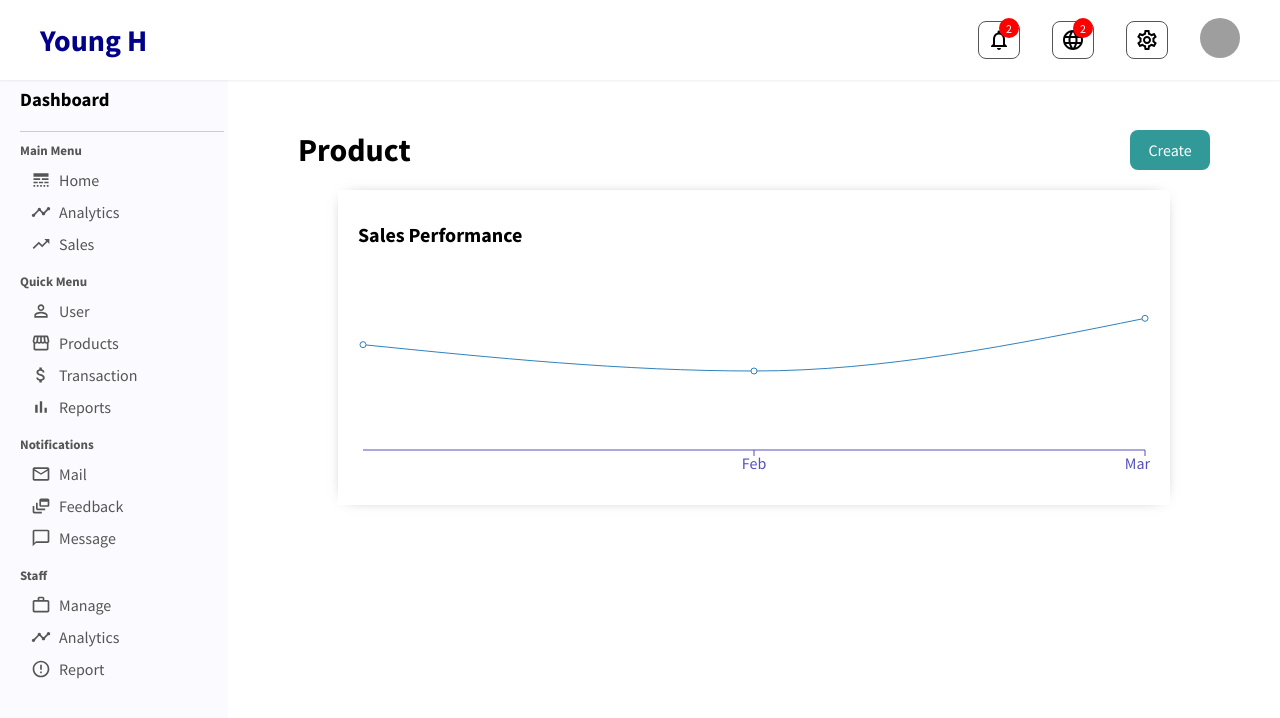
Repository: noname20011/admin
Page: /product/1
These files come from the project's save history. The page is drawn as it stood at one moment and after the next save; the edit follows.
The browser window is 1280 px wide. The pictures show the whole page.
Pictures or frames that could not be fetched are drawn as grey boxes. The project was rebuilt for these pictures with package versions that can differ from the ones it lists, and the page was loaded fresh each time. Also part of the build but not shown: src/pages/home/home.css, src/comopnents/featureInfo/feature.css, src/comopnents/featureInfo/Feature.jsx, src/comopnents/widgetSm/widgetSm.css, src/comopnents/widgetSm/WidgetSm.jsx, src/comopnents/widgetLg/widgetLg.css, src/comopnents/widgetLg/WidgetLg.jsx, src/pages/home/Home.jsx and 10 more.

Above is the page before, as saved 2021-11-14 16:25:55.

### public/index.html
<!DOCTYPE html>
<html lang="en">
  <head>
    <meta charset="utf-8" />
    <meta name="viewport" content="width=device-width, initial-scale=1" />
    <meta name="theme-color" content="#000000" />
    <meta
      name="description"
      content="Web site created using create-react-app"
    />
    <!-- GOOGLE FONTS -->
    <link href="https://fonts.googleapis.com/css2?family=Source+Sans+Pro:wght@200;300;400;600;700;900&display=swap" rel="stylesheet">
    <style>
      * {
        font-family: 'Source Sans Pro', sans-serif;
        padding: 0;
        margin: 0;
      }
    </style>
    <title>React Admin App</title>
  </head>
  <body>
    <div id="root"></div>
  </body>
</html>

### src/App.js
import Topbar from "./comopnents/topbar/Topbar";
import Sidebar from "./comopnents/sidebar/Sidebar";
import Home from "./pages/home/Home.jsx"
import UserList from "./pages/userList/UserList";
import User from "./pages/user/User";
import NewUser from "./pages/newUser/NewUser";
import ProductList from "./pages/productList/ProductList";
import Product from "./pages/product/Product";
import NewProduct from "./pages/newProduct/NewProduct";
import './app.css'

import {BrowserRouter as Router, Routes , Route} from "react-router-dom"
function App() {
  return (
    <div>
      <Router>
        <Topbar/>
        <div className="container">
          <Sidebar/>
          <Routes >
            <Route path="/" exact element={<Home/>}/>
            <Route path="/users" exact element={<UserList/>}/>
            <Route path="/user/:userId" exact element={<User/>}/>
            <Route path="/register" exact element={<NewUser/>}/>
            <Route path="/products" exact element={<ProductList/>}/>
            <Route path="/product/:id" exact element={<Product/>}/>
            <Route path="/addproduct/" exact element={<NewProduct/>}/>
          </Routes>
        </div>
      </Router>
    </div>
  );
}

export default App;

### src/comopnents/topbar/Topbar.jsx
import React from 'react'
import './topbar.css'

import { Language, NotificationsNone, SettingsOutlined  } from '@material-ui/icons'

export default function Topbar() {
    return (
        <div className="topbar">
            <div className="topbarWrapper">
                <div className="topLeft">
                    <div className="logo">Young H</div>
                </div>
                <div className="topRight">
                    <div className="topbarIconContainer">
                        <NotificationsNone/>
                        <div className="topIconsBadge">2</div>
                    </div>
                    <div className="topbarIconContainer">
                        <Language/>
                        <div className="topIconsBadge">2</div>
                    </div>
                    <div className="topbarIconContainer">
                        <SettingsOutlined/>
                    </div>
                    <div>
                        <img src="https://images.pexels.com/photos/1526814/pexels-photo-1526814.jpeg?auto=compress&cs=tinysrgb&dpr=2&w=500" alt="admin" className="topAvatar"/>
                    </div>
                </div>
            </div>
        </div>
    )
}

### src/comopnents/sidebar/Sidebar.jsx
import { AttachMoney, BarChart, ChatBubbleOutline, DynamicFeed, ErrorOutline, LineStyle, MailOutlined, PersonOutline, Storefront, Timeline, TrendingUp,  WorkOutlineOutlined } from '@material-ui/icons'
import React from 'react'
import { Link } from 'react-router-dom'
import "./sidebar.css"
export default function Sidebar() {
    return (
        <div className="sidebar">
            <div className="sidebarWrapper">
                <h3 className="sidebarTitle">Dashboard</h3>
                <div className="sidebarMenu">
                    <h4 className="sidebarMenuTitle">Main Menu</h4>
                    <ul className="sidebarLists">
                        <Link to="/">
                            <li className="sidebarListItem">
                                <LineStyle className="sidebarIcon"/>
                                Home
                            </li>
                        </Link>
                        <li className="sidebarListItem">
                            <Timeline className="sidebarIcon"/>
                            Analytics
                        </li>
                        <li className="sidebarListItem">
                            <TrendingUp className="sidebarIcon"/>
                            Sales
                        </li>
                    </ul>
                </div>
                <div className="sidebarMenu">
                    <h4 className="sidebarMenuTitle">Quick Menu</h4>
                    <ul className="sidebarLists">
                        <Link to="/users">
                            <li className="sidebarListItem">
                                <PersonOutline className="sidebarIcon"/>
                                User
                            </li>
                        </Link>
                        <Link to="/products">
                            <li className="sidebarListItem">
                                <Storefront className="sidebarIcon"/>
                                Products
                            </li>
                        </Link>
                        <li className="sidebarListItem">
                            <AttachMoney className="sidebarIcon"/>
                            Transaction
                        </li>
                        <li className="sidebarListItem">
                            <BarChart className="sidebarIcon"/>
                            Reports
                        </li>
                    </ul>
                </div>
                <div className="sidebarMenu">
                    <h4 className="sidebarMenuTitle">Notifications</h4>
                    <ul className="sidebarLists">
                        <li className="sidebarListItem">
                            <MailOutlined className="sidebarIcon"/>
                            Mail
                        </li>
                        <li className="sidebarListItem">
                            <DynamicFeed className="sidebarIcon"/>
                            Feedback
                        </li>
                        <li className="sidebarListItem">
                            <ChatBubbleOutline className="sidebarIcon"/>
                            Message
                        </li>
                    </ul>
                </div>
                <div className="sidebarMenu">
                    <h4 className="sidebarMenuTitle">Staff</h4>
                    <ul className="sidebarLists">
                        <li className="sidebarListItem">
                            <WorkOutlineOutlined className="sidebarIcon"/>
                            Manage
                        </li>
                        <li className="sidebarListItem">
                            <Timeline className="sidebarIcon"/>
                            Analytics
                        </li>
                        <li className="sidebarListItem">
                            <ErrorOutline className="sidebarIcon"/>
                            Report
                        </li>
                    </ul>
                </div>
            </div>
        </div>
    )
}

### src/pages/product/Product.jsx
import { Link } from "react-router-dom"
import Chart from "../../comopnents/chart/Chart"
import { productData } from "../../dummyData.js"
import "./product.css"

export default function Product() {
    return (
        <div className="product">
            <div className="productTitleContainer">
                <h1 className="productTitle">Product</h1>
                <Link to="/addproduct">
                    <button className="productAddBtn">
                        Create
                    </button>
                </Link>
            </div>
            <div className="productTop">
                <div className="productTopLeft">
                    <Chart title="Sales Performance" dataKey="Sales" data={productData}/>
                </div>
                <div className="productTopRight"></div>
            </div>
        </div>
    )
}

### src/app.css
ul, li {
    list-style: none;
}

a {
    text-decoration: none;
}

.container {
    display: flex;
}

.other {
    flex: 4;
}

button, input {
    border: none;
    outline: none;
}

### src/comopnents/topbar/topbar.css
.topbar {
    width: 100%;
    height: 80px;
    background: #fff;
    box-shadow: 0 .5px 2px rgba(0, 0, 0, 0.07);

    position: sticky;
    top: 0;
    z-index: 1000;
}

.topbarWrapper {
    height: 100%;
    padding: 0 40px;
    display: flex;
    justify-content: space-between;
    align-items: center;
}

.logo {
    font-weight: bold;
    font-size: 30px;
    color: darkblue;
    cursor: pointer;
}

.topRight {
    display: flex;
    align-items: center;
    column-gap: 2rem;
}
.topbarIconContainer {
    position: relative;
    cursor: pointer;
    width: 40px;
    height: 36px;
    border: 1px solid #555;
    border-radius: .5rem;
    display: flex;
    align-items: center;
    justify-content: center;
}

.topbarIconContainer:hover {
    background-color: rgb(248, 246, 246);
}

.topIconsBadge {
    font-size: 12px;
    position: absolute;
    top: -4px;
    right: 0px;

    width: 20px;
    height: 20px;
    background-color: red;
    color: #fff;
    border-radius: 50%;

    display: flex;
    place-content: center;
    place-items: center;
}

.topAvatar {
    width: 40px;
    height: 40px;
    object-fit: cover;
    border-radius: 50%;
    cursor: pointer;
}

### src/comopnents/sidebar/sidebar.css
.sidebar {
    flex: 1;
    background-color: rgb(251, 251, 255);
    position: sticky;
    top: 80px;
    height: calc(100vh - 80px);
}

.sidebarWrapper {
    padding: 8px 4px 0 20px;
}

.sidebarTitle {
    padding-bottom: 20px;
    margin-bottom: 10px;
    border-bottom: 1px solid #ccc;
}

.sidebarMenu {
    margin-bottom: 8px;
}

.sidebarMenuTitle {
    color: #555;
    font-size: 13px;
}

.sidebarLists {
    padding: 5px;
}

.sidebarListItem {
    display: flex;
    align-items: center;
    column-gap: .5rem;

    padding: 6px;
    color: #555;
    cursor: pointer;
    border-radius: .5rem;
}

.sidebarListItem.active,
.sidebarListItem:hover {
    background-color: rgb(225, 225, 255);
}

.sidebarIcon {
    font-size: 20px!important;
}

### src/comopnents/chart/Chart.jsx
import "./chart.css"
import { LineChart, Line, XAxis, YAxis, CartesianGrid, Tooltip, Legend, ResponsiveContainer } from 'recharts';



export default function Chart({ title, data, dataKey, grid }) {

    return (
        <div className="chart">
            <h3 className="chartTitle">{title}</h3>
            <ResponsiveContainer width="100%" aspect={4 / 1}>
                <LineChart data={data}>
                    <XAxis dataKey="name" stroke="#5550bd"/>
                    <Line type="monotone" dataKey={dataKey}/>
                    <Tooltip />
                    {grid && <CartesianGrid stroke="#e0dfdf" strokeDasharray="5 5" />}
                </LineChart>
            </ResponsiveContainer>
        </div>
    )
}

### src/dummyData.js
export const userData = [{
        name: 'Jan',
        "Active User": 4000,
    },
    {
        name: 'Fab',
        "Active User": 3000,

    },
    {
        name: 'Mar',
        "Active User": 1000,

    },
    {
        name: 'Apr',
        "Active User": 2780,
    },
    {
        name: 'May',
        "Active User": 3450,
    },
    {
        name: 'Jun',
        "Active User": 2190,
    },
    {
        name: 'Agu',
        "Active User": 3230,
    },
    {
        name: 'Sep',
        "Active User": 2000,
    },
    {
        name: 'Oct',
        "Active User": 5390,
    },
    {
        name: 'Nov',
        "Active User": 4000,
    },
    {
        name: 'Dec',
        "Active User": 4120,
    },
];

export const userRows = [{
        id: 1,
        username: "Jon Snow",
        avatar: "https://images.pexels.com/photos/1152994/pexels-photo-1152994.jpeg?auto=compress&cs=tinysrgb&dpr=2&w=500",
        email: "jon@gmail.com",
        status: "active",
        transaction: "$120.00",
    },
    {
        id: 2,
        username: "Jon Snow",
        avatar: "https://images.pexels.com/photos/1152994/pexels-photo-1152994.jpeg?auto=compress&cs=tinysrgb&dpr=2&w=500",
        email: "jon@gmail.com",
        status: "active",
        transaction: "$120.00",
    },
    {
        id: 3,
        username: "Jon Snow",
        avatar: "https://images.pexels.com/photos/1152994/pexels-photo-1152994.jpeg?auto=compress&cs=tinysrgb&dpr=2&w=500",
        email: "jon@gmail.com",
        status: "active",
        transaction: "$120.00",
    },
    {
        id: 4,
        username: "Jon Snow",
        avatar: "https://images.pexels.com/photos/1152994/pexels-photo-1152994.jpeg?auto=compress&cs=tinysrgb&dpr=2&w=500",
        email: "jon@gmail.com",
        status: "active",
        transaction: "$120.00",
    },
    {
        id: 5,
        username: "Jon Snow",
        avatar: "https://images.pexels.com/photos/1152994/pexels-photo-1152994.jpeg?auto=compress&cs=tinysrgb&dpr=2&w=500",
        email: "jon@gmail.com",
        status: "active",
        transaction: "$120.00",
    },
    {
        id: 6,
        username: "Jon Snow",
        avatar: "https://images.pexels.com/photos/1152994/pexels-photo-1152994.jpeg?auto=compress&cs=tinysrgb&dpr=2&w=500",
        email: "jon@gmail.com",
        status: "active",
        transaction: "$120.00",
    },
    {
        id: 7,
        username: "Jon Snow",
        avatar: "https://images.pexels.com/photos/1152994/pexels-photo-1152994.jpeg?auto=compress&cs=tinysrgb&dpr=2&w=500",
        email: "jon@gmail.com",
        status: "active",
        transaction: "$120.00",
    },
    {
        id: 8,
        username: "Jon Snow",
        avatar: "https://images.pexels.com/photos/1152994/pexels-photo-1152994.jpeg?auto=compress&cs=tinysrgb&dpr=2&w=500",
        email: "jon@gmail.com",
        status: "active",
        transaction: "$120.00",
    },
    {
        id: 9,
        username: "Jon Snow",
        avatar: "https://images.pexels.com/photos/1152994/pexels-photo-1152994.jpeg?auto=compress&cs=tinysrgb&dpr=2&w=500",
        email: "jon@gmail.com",
        status: "active",
        transaction: "$120.00",
    },
    {
        id: 10,
        username: "Jon Snow",
        avatar: "https://images.pexels.com/photos/1152994/pexels-photo-1152994.jpeg?auto=compress&cs=tinysrgb&dpr=2&w=500",
        email: "jon@gmail.com",
        status: "active",
        transaction: "$120.00",
    },
];

export const productData = [{
        name: "Jan",
        "Sales": 4000,
    },
    {
        name: "Feb",
        "Sales": 3000,
    },
    {
        name: "Mar",
        "Sales": 5000,
    },
];

export const productRows = [{
        id: 1,
        name: "Apple Airpods",
        img: "https://images.pexels.com/photos/7156886/pexels-photo-7156886.jpeg?auto=compress&cs=tinysrgb&dpr=2&w=500",
        stock: 123,
        status: "active",
        price: "$120.00",
    },
    {
        id: 2,
        name: "Apple Airpods",
        img: "https://images.pexels.com/photos/7156886/pexels-photo-7156886.jpeg?auto=compress&cs=tinysrgb&dpr=2&w=500",
        stock: 123,
        status: "active",
        price: "$120.00",
    },
    {
        id: 3,
        name: "Apple Airpods",
        img: "https://images.pexels.com/photos/7156886/pexels-photo-7156886.jpeg?auto=compress&cs=tinysrgb&dpr=2&w=500",
        stock: 123,
        status: "active",
        price: "$120.00",
    },
    {
        id: 4,
        name: "Apple Airpods",
        img: "https://images.pexels.com/photos/7156886/pexels-photo-7156886.jpeg?auto=compress&cs=tinysrgb&dpr=2&w=500",
        stock: 123,
        status: "active",
        price: "$120.00",
    },
    {
        id: 5,
        name: "Apple Airpods",
        img: "https://images.pexels.com/photos/7156886/pexels-photo-7156886.jpeg?auto=compress&cs=tinysrgb&dpr=2&w=500",
        stock: 123,
        status: "active",
        price: "$120.00",
    },
    {
        id: 6,
        name: "Apple Airpods",
        img: "https://images.pexels.com/photos/7156886/pexels-photo-7156886.jpeg?auto=compress&cs=tinysrgb&dpr=2&w=500",
        stock: 123,
        status: "active",
        price: "$120.00",
    },
    {
        id: 7,
        name: "Apple Airpods",
        img: "https://images.pexels.com/photos/7156886/pexels-photo-7156886.jpeg?auto=compress&cs=tinysrgb&dpr=2&w=500",
        stock: 123,
        status: "active",
        price: "$120.00",
    },
    {
        id: 8,
        name: "Apple Airpods",
        img: "https://images.pexels.com/photos/7156886/pexels-photo-7156886.jpeg?auto=compress&cs=tinysrgb&dpr=2&w=500",
        stock: 123,
        status: "active",
        price: "$120.00",
    },
    {
        id: 9,
        name: "Apple Airpods",
        img: "https://images.pexels.com/photos/7156886/pexels-photo-7156886.jpeg?auto=compress&cs=tinysrgb&dpr=2&w=500",
        stock: 123,
        status: "active",
        price: "$120.00",
    },
    {
        id: 10,
        name: "Apple Airpods",
        img: "https://images.pexels.com/photos/7156886/pexels-photo-7156886.jpeg?auto=compress&cs=tinysrgb&dpr=2&w=500",
        stock: 123,
        status: "active",
        price: "$120.00",
    },
];

### src/pages/product/product.css
.product {
    flex: 4;
    margin: 20px 40px;
    padding: 30px;
}

.productTitleContainer {
    display: flex;
    justify-content: space-between;
    margin-bottom: 20px;
}

.productAddBtn {
    width: 80px;
    border-radius: .5rem;
    background-color: teal;
    padding: 10px 8px;

    color: #fff;
    font-size: 16px;
    cursor: pointer;
    opacity: 0.8;
}

.productAddBtn:hover {
    opacity: 1;
}

### src/comopnents/chart/chart.css
.chart {
    -webkit-box-shadow: 0px 0px 15px -10px rgba(0, 0, 0, 0.75);
    box-shadow: 0px 0px 15px -10px rgba(0, 0, 0, 0.75);
    margin: 20px 40px;
    padding: 20px;
}

.chartTitle {
    font-size: 20px;
    margin: 12px 0 40px;

}

Loaded but not shown: src/index.js (common file)

After the next save:
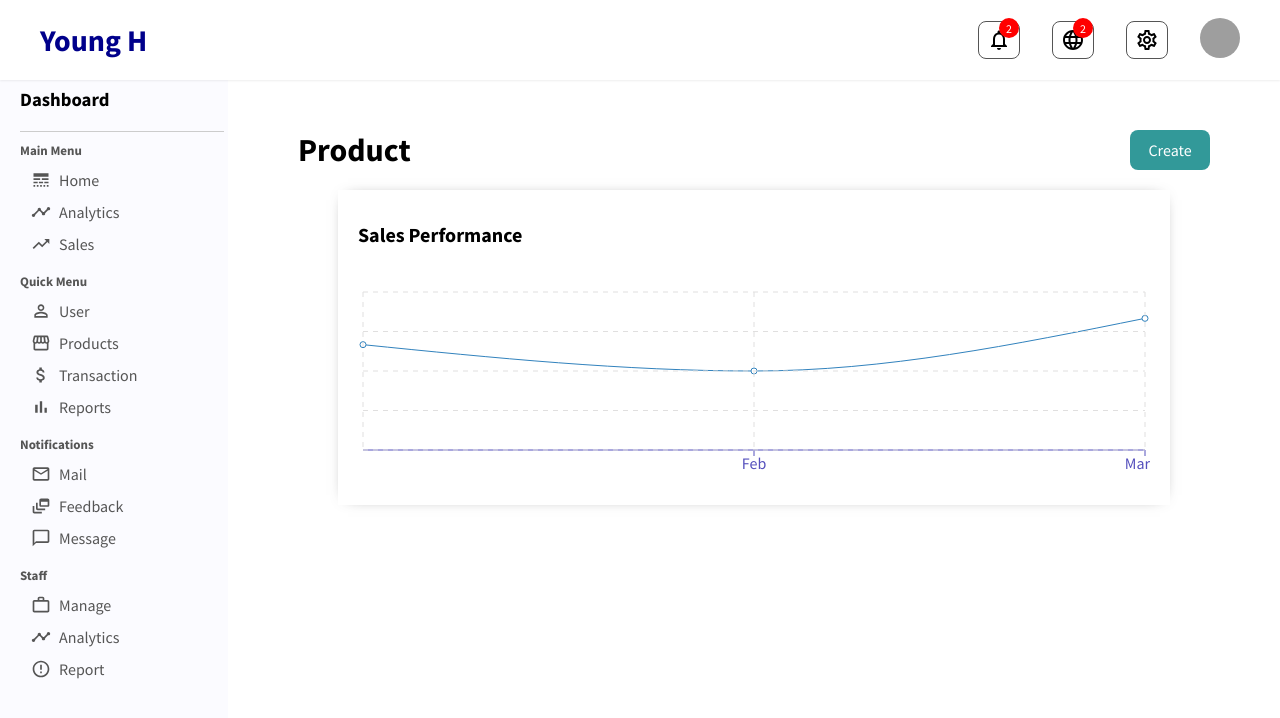
Saved 44 s later.
--- a/src/pages/product/Product.jsx
+++ b/src/pages/product/Product.jsx
@@ -16,7 +16,7 @@ export default function Product() {
             </div>
             <div className="productTop">
                 <div className="productTopLeft">
-                    <Chart title="Sales Performance" dataKey="Sales" data={productData}/>
+                    <Chart title="Sales Performance" dataKey="Sales" data={productData} grid/>
                 </div>
                 <div className="productTopRight"></div>
             </div>

After the save that followed:
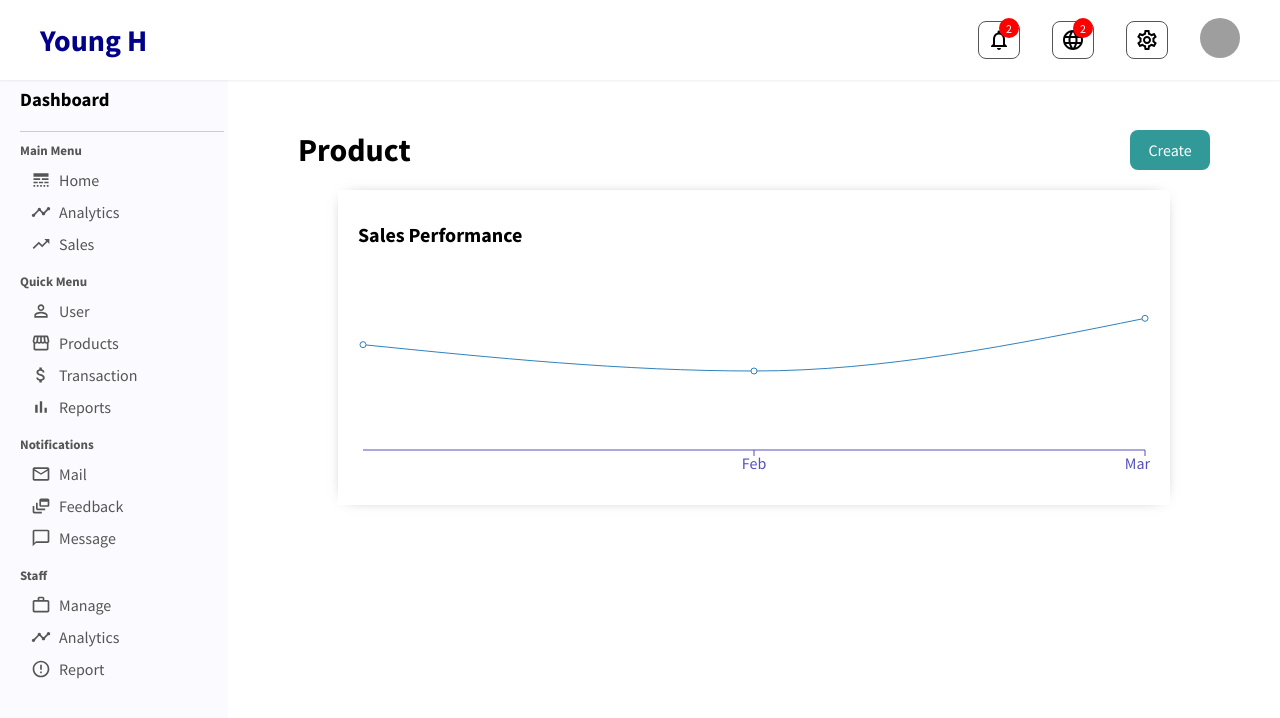
Saved 19 s later.
--- a/src/pages/product/Product.jsx
+++ b/src/pages/product/Product.jsx
@@ -16,7 +16,7 @@ export default function Product() {
             </div>
             <div className="productTop">
                 <div className="productTopLeft">
-                    <Chart title="Sales Performance" dataKey="Sales" data={productData} grid/>
+                    <Chart title="Sales Performance" dataKey="Sales" data={productData}/>
                 </div>
                 <div className="productTopRight"></div>
             </div>
